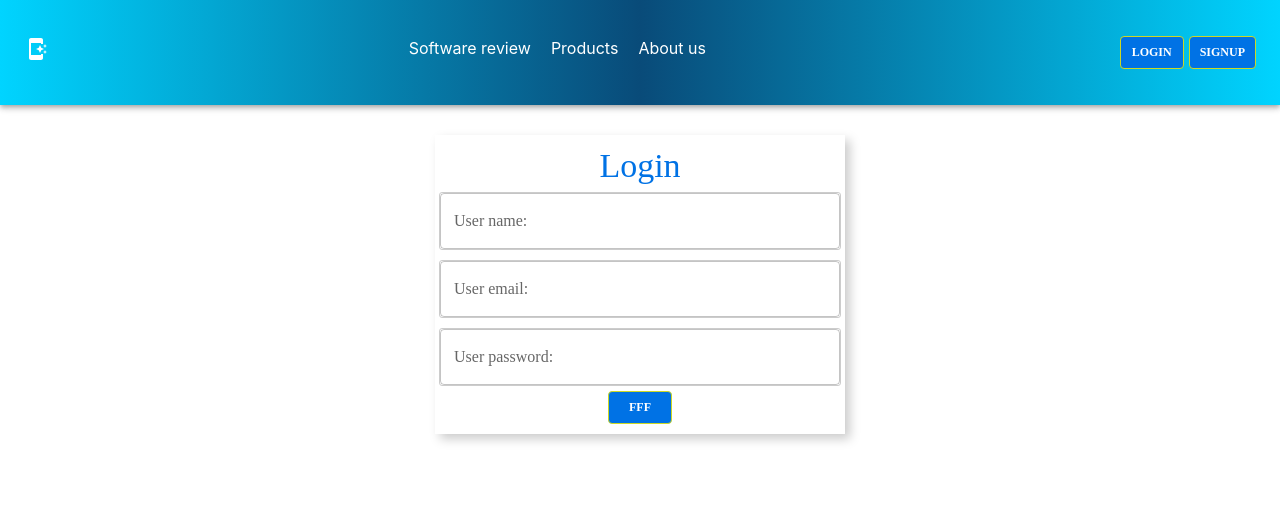
Repository: Alaa-M1/phoenix-products-reactjs-mui
Page: /login
The author's editor kept a copy of each file at every save. The page is drawn from the files as they stood at one save, then again after the next save.
The browser window is 1280 px wide. The pictures show the whole page.
The project was rebuilt for these pictures with package versions that can differ from the ones it lists, and the page was loaded fresh each time. Also part of the build but not shown: src/App.css, src/pages/SoftwareReview/index.tsx, src/pages/Products/index.tsx, src/pages/AboutUs/index.tsx, src/pages/Signup/index.tsx, src/pages/NotFound/index.tsx.

Above is the page before, as saved 2023-04-20 10:47:15.

### public/index.html
<!DOCTYPE html>
<html lang="en">
  <head>
    <meta charset="utf-8" />
    <link rel="icon" href="%PUBLIC_URL%/favicon.ico" />
    <meta name="viewport" content="width=device-width, initial-scale=1" />
    <meta name="theme-color" content="#000000" />
    <meta
      name="description"
      content="Web site created using create-react-app"
    />
    <link rel="apple-touch-icon" href="%PUBLIC_URL%/logo192.png" />
    <!--
      manifest.json provides metadata used when your web app is installed on a
      user's mobile device or desktop. See https://developers.google.com/web/fundamentals/web-app-manifest/
    -->
    <link rel="manifest" href="%PUBLIC_URL%/manifest.json" />
    <!--
      Notice the use of %PUBLIC_URL% in the tags above.
      It will be replaced with the URL of the `public` folder during the build.
      Only files inside the `public` folder can be referenced from the HTML.

      Unlike "/favicon.ico" or "favicon.ico", "%PUBLIC_URL%/favicon.ico" will
      work correctly both with client-side routing and a non-root public URL.
      Learn how to configure a non-root public URL by running `npm run build`.
    -->
    <link rel="preconnect" href="https://fonts.googleapis.com">
    <link rel="preconnect" href="https://fonts.gstatic.com" crossorigin>
    <link href="https://fonts.googleapis.com/css2?family=Bad+Script&display=swap" rel="stylesheet">
    <title>React App</title>
  </head>
  <body>
    <noscript>You need to enable JavaScript to run this app.</noscript>
    <div id="root"></div>
    <!--
      This HTML file is a template.
      If you open it directly in the browser, you will see an empty page.

      You can add webfonts, meta tags, or analytics to this file.
      The build step will place the bundled scripts into the <body> tag.

      To begin the development, run `npm start` or `yarn start`.
      To create a production bundle, use `npm run build` or `yarn build`.
    -->
  </body>
</html>

### src/index.tsx
import React from "react";
import ReactDOM from "react-dom/client";
import "./index.css";
import App from "./App";
import reportWebVitals from "./reportWebVitals";
import { BrowserRouter } from "react-router-dom";
import { ThemeProvider } from "@mui/material";
import { PhoenixTheme } from "theme/PhoenixTheme";

const root = ReactDOM.createRoot(
  document.getElementById("root") as HTMLElement
);
root.render(
  <BrowserRouter>
    <React.StrictMode>
      <ThemeProvider theme={PhoenixTheme}>
        <App />
      </ThemeProvider>
    </React.StrictMode>
  </BrowserRouter>
);

// If you want to start measuring performance in your app, pass a function
// to log results (for example: reportWebVitals(console.log))
// or send to an analytics endpoint. Learn more: https://bit.ly/CRA-vitals
reportWebVitals();

### src/App.tsx
import React from "react";
import "./App.css";
import { Routes, Route } from "react-router-dom";
import SoftwareReview from "pages/SoftwareReview";
import Products from "pages/Products";
import AboutUs from "pages/AboutUs";
import AppLayout from "pages/AppLayout";
import { linksDetails } from "shared";
import Login from "pages/Login";
import Signup from "pages/Signup";
import NotFound from "pages/NotFound";

function App() {
  return (
    <Routes>
      <Route path="/" element={<AppLayout links={linksDetails} />}>
        <Route index element={<SoftwareReview />}></Route>
        <Route path="/products" element={<Products />}></Route>
        <Route path="/about-us" element={<AboutUs />}></Route>
        <Route path="/login" element={<Login />}></Route>
        <Route path="/signup" element={<Signup />}></Route>
        <Route path='*' element={<NotFound/>}></Route>
      </Route>
    </Routes>
  );
}

export default App;

### src/theme/PhoenixTheme.ts
import { createTheme } from "@mui/material";

const primaryColor = "#0072E5";
const secondaryColor = "#C70011";
const disabledColor = "#ccc";

const fontFamily = "Enriqueta";

export const PhoenixTheme = createTheme({
  palette: {
    primary: {
      main: primaryColor,
      dark: "#003A75",
      light: "#3399FF",
    },
    secondary: { main: secondaryColor, dark: "#570007", light: "#FF505F" },
  },
  typography: {
    fontFamily: fontFamily,
  },
  components: {
    MuiButton: {
      defaultProps: {
        variant: "contained",
        disableElevation: true,
        disableRipple: true,
        size: "medium",
      },
      styleOverrides: {
        root: {
          border: "1px solid #ccd825",
          fontFamily: fontFamily,
          padding: "5px 10px",
          fontSize: "12px",
          fontWeight: 600,
          alignItems: "center",
          textTransform: "uppercase",
        },

        text: ({ ownerState, theme }) => ({
          "& span svg": {
            color: !ownerState.disabled
              ? ownerState.color !== "inherit" && ownerState.color
                ? theme.palette[ownerState.color].main
                : "inherit"
              : disabledColor,
          },
          "&:hover": {
            backgroundColor:
              ownerState.color !== "inherit" && ownerState.color
                ? theme.palette[ownerState.color].main
                : "inherit",
            color: "white",
            "& span svg": {
              color: "#ccd825",
            },
          },
        }),
      },
    },
    MuiTextField: {
      defaultProps: {
        variant: "filled",
        fullWidth: true,
      },
      styleOverrides: {
        root: {
          border: "1px solid #ccd825",
          borderRadius: "4px",
          color: primaryColor,
          margin: "5px 0px",
        },
      },
    },
    MuiFormLabel: {
      styleOverrides: {
        root: {
          fontFamily: fontFamily,
        },
      },
    },
  },
});

### src/pages/AppLayout/index.tsx
import React from "react";
import {
  AppBar,
  Toolbar,
  Grid,
  Typography,
  Button,
  Box,
  useTheme,
  useMediaQuery,
  Link as MUILink,
} from "@mui/material";
import AppShortcutIcon from "@mui/icons-material/AppShortcut";
import { Link, Outlet, useLocation } from "react-router-dom";
import { AppLayoutProps } from "./types";
import CustomDrawer from "./components/CustomDrawer";
import { StyledLink, StyledNav } from "./components";
import { linksDetails } from "shared";

const AppLayout = ({ links }: AppLayoutProps) => {
  const { pathname } = useLocation();
  const theme = useTheme();
  const isSmallScreen = false;
  return (
    <>
      <AppBar
        sx={{
          position: "relative",
          backgroundImage:
            "linear-gradient(90deg,rgba(0, 212, 255, 1) 0%,rgba(9, 75, 121, 1) 50%,rgba(0, 212, 255, 1) 100%)",
          marginBottom: "5px",
        }}
      >
        <Toolbar>
          <Grid container style={{ placeItems: "center" }}>
            {isSmallScreen ? (
              <Grid item xs={12}>
                <Typography>
                  <AppShortcutIcon />
                </Typography>
              </Grid>
            ) : (
              <>
                <Grid item xs={2}>
                  <Typography>
                    <AppShortcutIcon />
                  </Typography>
                </Grid>
                <Grid item xs={6}>
                  <StyledNav>
                    <ul>
                      {links.map((link, index) => (
                        <li key={index}>
                          <StyledLink
                            to={link.path}
                            isactive={
                              pathname === link.path ? "active" : "inActive"
                            }
                          >
                            {link.label}
                          </StyledLink>
                        </li>
                      ))}
                    </ul>
                  </StyledNav>
                </Grid>
                <Grid item xs={1} />
                <Grid item xs={3}>
                  <Box sx={{ display: "flex" }}>
                    <MUILink
                      to="/login"
                      variant="button"
                      rel="noopener noreferrer"
                      component={Link}
                      sx={{
                        marginLeft: "auto",
                      }}
                    >
                      <Button variant="contained">Login</Button>
                    </MUILink>
                    <MUILink
                      to="/signup"
                      variant="button"
                      rel="noopener noreferrer"
                      component={Link}
                      sx={{
                        marginLeft: "5px",
                      }}
                    >
                      <Button variant="contained">Signup</Button>
                    </MUILink>
                  </Box>
                </Grid>
              </>
            )}
          </Grid>
          <CustomDrawer links={linksDetails} isSmallScreen={isSmallScreen} />
        </Toolbar>
      </AppBar>
      <main>
        <Outlet />
      </main>
    </>
  );
};

export default AppLayout;

### src/shared/index.ts
export * from './linksDetails';
export * from './PhoenixTextField';
export * from './PhoenixButton';

### src/pages/Login/index.tsx
import Box from "@mui/material/Box";
import { useState } from "react";
import { PhoenixButton, PhoenixTextField } from "shared";
import Typography from "@mui/material/Typography";
const Login = () => {
  const [userInfo, setUserInfo] = useState({
    name: "",
    password: "",
    email: "",
  });
  const handleChange = (
    e: React.ChangeEvent<HTMLTextAreaElement | HTMLInputElement>
  ) => {
    setUserInfo((p) => ({ ...p, [e.target.name]: e.target.value }));
  };
  return (
    <Box
      sx={{
        display: "flex",
        flexDirection: "column",
        alignItems: "center",
        justifyContent: "center",
        maxWidth: "400px",
        margin: "auto",
        marginTop: "30px",
        boxShadow: "5px 5px 10px #ccc",
        ":hover": {
          boxShadow: "10px 10px 20px #ccc",
        },
        padding: "10px 5px",
      }}
    >
      <Typography variant="h4" color="primary">
        Login
      </Typography>
      <PhoenixTextField
        onChange={handleChange}
        label="User name:"
        value={userInfo.name}
        name="name"
      ></PhoenixTextField>
      <PhoenixTextField
        onChange={handleChange}
        label="User email:"
        value={userInfo.email}
        name="email"
      ></PhoenixTextField>
      <PhoenixTextField
        onChange={handleChange}
        label="User password:"
        value={userInfo.password}
        name="[password]"
        type="password"

      ></PhoenixTextField>
      <PhoenixButton label='fff'/>
    </Box>
  );
};

export default Login;

### src/pages/AppLayout/components/CustomDrawer.tsx
import { CustomDrawerProps } from "../types";
import Drawer from "@mui/material/Drawer";
import {
  IconButton,
  Box,
  Typography,
  Link as MUILink,
  Button,
  List,
  ListItem,
  ListItemButton,
} from "@mui/material";
import { useState } from "react";
import MenuOutlinedIcon from "@mui/icons-material/MenuOutlined";
import { Link, useLocation } from "react-router-dom";
import AppShortcutIcon from "@mui/icons-material/AppShortcut";
import { StyledList } from "./StyledList";
import { StyledLink } from "./StyledLink";
import { LinkInfo } from "types";

const CustomDrawer = ({ links, isSmallScreen }: CustomDrawerProps) => {
  const [open, setOpen] = useState(false);
  const { pathname } = useLocation();
  const drawerLinks: Array<LinkInfo> = [
    ...links,
    { path: "/login", label: "" },
    { path: "/login", label: "Login" },
    { path: "/signup", label: "Signup" },
  ];
  return (
    <>
      {isSmallScreen ? (
        <>
          <IconButton
            aria-label="Open menu drawer"
            onClick={() => setOpen(true)}
          >
            <MenuOutlinedIcon></MenuOutlinedIcon>
          </IconButton>

          <Drawer
            sx={{ width: "180px" }}
            open={open}
            anchor="left"
            onClose={() => setOpen(false)}
            PaperProps={{ sx: { backgroundColor: "rgba(9,75,121,1)" } }}
          >
            <Box sx={{ textAlign: "center" }}>
              <Typography sx={{ marginTop: "5px", color: "#fff" }}>
                <AppShortcutIcon />
              </Typography>
            </Box>
            <StyledList
              sx={{ width: "100%", maxWidth: 360 }}
              aria-labelledby="nested-list-subheader"
            >
              {drawerLinks.map((link, index) => {
                if (link.label !== "")
                  return (
                    <ListItemButton key={index} onClick={() => setOpen(false)}>
                      <Link style={{ width: "100%" }} to={link.path}>
                        {link.label}
                      </Link>
                    </ListItemButton>
                  );
                return <div>&nbsp;</div>;
              })}
            </StyledList>
          </Drawer>
        </>
      ) : null}
    </>
  );
};

export default CustomDrawer;

### src/pages/AppLayout/components/index.tsx
export * from './StyledNav';
export * from './CustomDrawer';
export * from './StyledLink';

### src/shared/linksDetails.ts
import { LinkInfo } from "types";

export const linksDetails: Array<LinkInfo> = [
    { label: "Software review", path: "/" },
    { label: "Products", path: "/products" },
    { label: "About us", path: "/about-us" },
  ];

### src/shared/PhoenixTextField.tsx
import TextField from "@mui/material/TextField";
import { TextFieldProps } from "@mui/material";

const PhoenixTextField = (props: TextFieldProps) => {

  return (
    <TextField
      {...props}

      variant="outlined"
      sx={{
        border: "1px solid #ccc",
        borderRadius: "3px",
        color: "#22f",
        margin: "5px 0px",
      }}
    />
  );
};

export {PhoenixTextField};

### src/shared/PhoenixButton.tsx
import { Button, ExtendButtonBase, ButtonTypeMap } from "@mui/material";
import { DefaultComponentProps } from '@mui/material/OverridableComponent';
import React from "react";

type PhoenixButtonProps = DefaultComponentProps<ButtonTypeMap<any, 'button'>> & {
  label?: string;
};
const PhoenixButton = ({ label, ...props }: PhoenixButtonProps) => {
  return (
    <Button color="primary" {...props} variant="contained">
      {label}
    </Button>
  );
};

export { PhoenixButton };

### src/pages/AppLayout/components/StyledList.tsx
import { List } from "@mui/material";
import styled from "styled-components";

const StyledList = styled(List)`
  padding: 5px;
  margin-bottom: 10px;
  width: 180px;
  a {
    text-decoration: none;
    color: #fff;
  }
`;

export { StyledList };

### src/pages/AppLayout/components/StyledNav.tsx
import styled from "styled-components";

const StyledNav = styled.nav`
padding: 5px;
display: flex;
margin-bottom: 10px;
height: 85px;
ul {
  display: inline-block;
  width: auto;
  margin: auto;
}
li {
  margin-left: auto;
  display: inline-block;
  margin: 0px 10px;
  list-style: none;
}
a{
  text-decoration: none;
  color:#fff;
}
`;

export {StyledNav}

### src/pages/AppLayout/components/StyledLink.tsx
import { Link, LinkProps } from "react-router-dom";
import styled from "styled-components";

type LinkComponentProps = LinkProps &
  React.RefAttributes<HTMLAnchorElement> & {
    isactive: 'active'|'inActive';
  };
const LinkComponent = (props: LinkComponentProps) => {
  return <Link {...props}></Link>;
};
const StyledLink = styled(LinkComponent)`
  font-weight: ${(p) => (p.isactive==='active' ? "bold" : "normal")};
  text-decoration: none;
`;

export { StyledLink };

Loaded but not shown: src/index.css (common file); src/reportWebVitals.ts (common file)

After the next save:
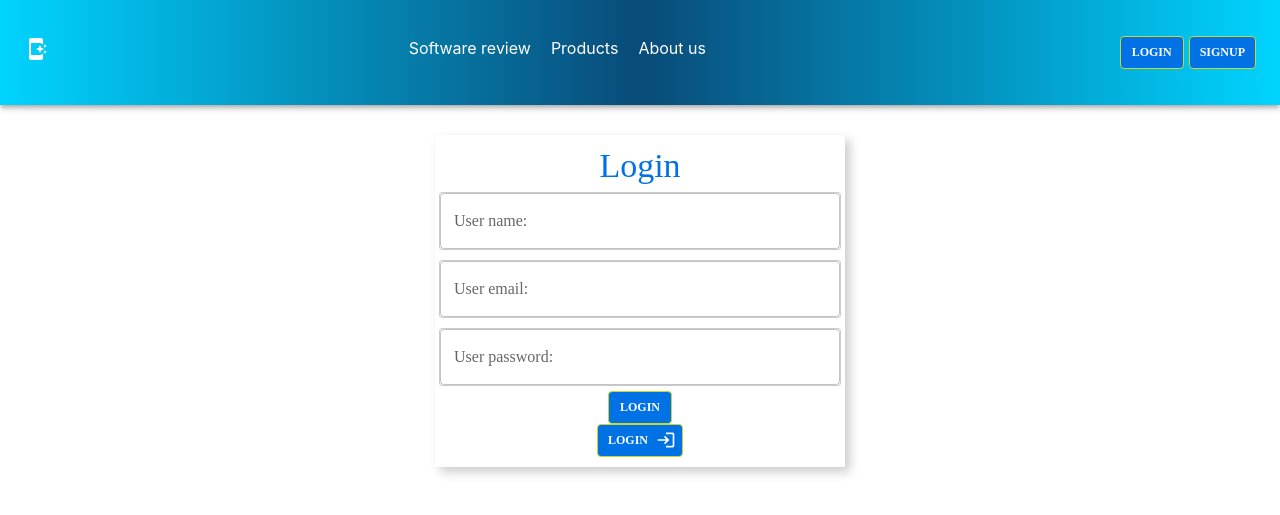
Saved 37 min 40 s later.
--- a/src/pages/Login/index.tsx
+++ b/src/pages/Login/index.tsx
@@ -2,6 +2,9 @@ import Box from "@mui/material/Box";
 import { useState } from "react";
 import { PhoenixButton, PhoenixTextField } from "shared";
 import Typography from "@mui/material/Typography";
+import { Button } from "@mui/material";
+import LoginIcon from '@mui/icons-material/Login';
+
 const Login = () => {
   const [userInfo, setUserInfo] = useState({
     name: "",
@@ -53,7 +56,8 @@ const Login = () => {
         type="password"
 
       ></PhoenixTextField>
-      <PhoenixButton label='fff'/>
+      <PhoenixButton label='Login' />
+      <Button endIcon={< LoginIcon/>}>Login</Button>
     </Box>
   );
 };
